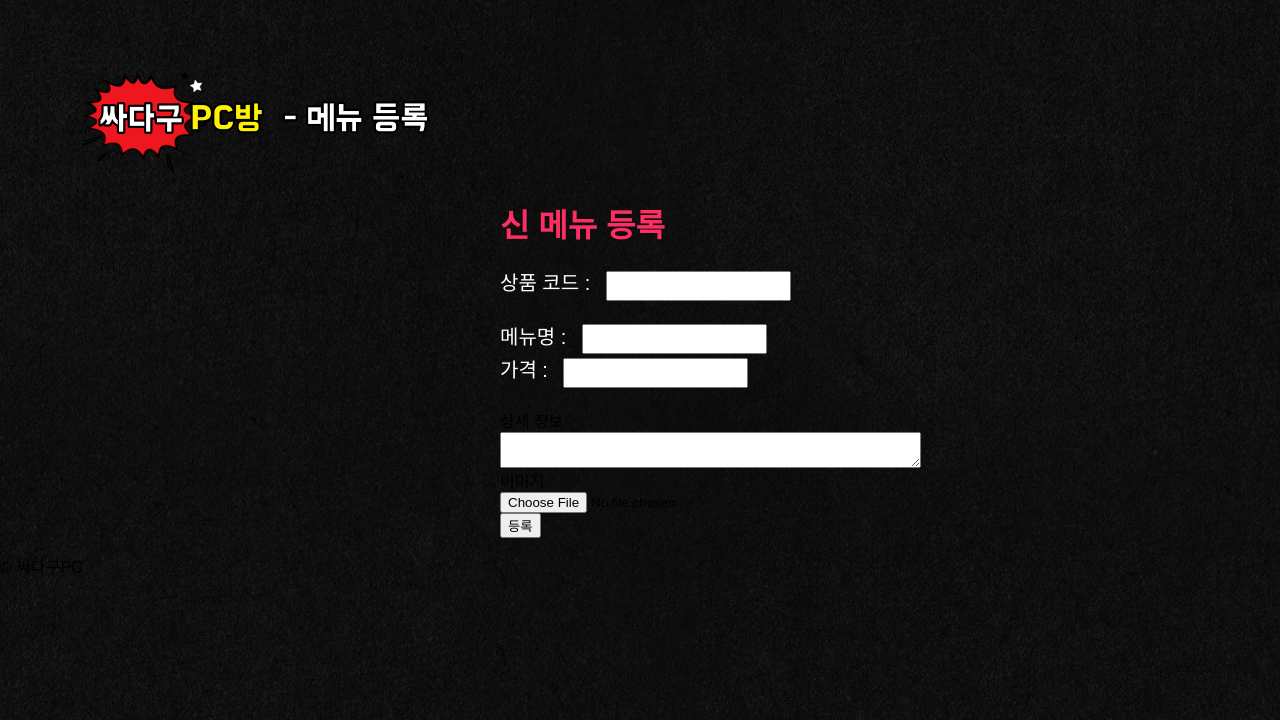
Repository: lkwoung/webProject-assignment
Page: http://localhost/CheapPC/addMenu.jsp
The author's editor kept a copy of each file at every save. The page is drawn from the files as they stood at one save, then again after the next save.
The browser window is 1280 px wide. The pictures show the whole page.
Some web fonts or font styles are not loaded; a fallback is used. The page is served by Tomcat 9. Other server files are loaded and not shown.

Above is the page before, as saved 2020-12-13 14:51:29.

### CheapPC/WebContent/addMenu.jsp
<%@ page contentType="text/html; charset=utf-8" %>
<html>

<head>
<link href="https://fonts.googleapis.com/earlyaccess/hanna.css" rel="stylesheet" type="text/css" />
<link rel="stylesheet" href="css/addMenu.css">
<title>메뉴 추가</title>
</head>
<body>
<div style="margin-top:200px; margin-left:500px;" >
<h1 style="color:#FE2E64;">신 메뉴 등록 </h1>
	<form name = "newProduct" action="./processAddBook.jsp" method = "post">
	<div style="color:#fff; font-size:20px;">
		<label >상품 코드  :</label>
			<input type="text" style="margin-left:10px; height:30px; margin-bottom:20px"name="FoodId" class="form-control">
	</div>
<div style="color:#fff; font-size:20px;">
		<label >메뉴명  :</label>
			<input type="text" style="margin-left:10px; height:30px;"name="name" class="form-control">
	</div>

	<div style="color:#fff; font-size:20px;">
		<label >가격 : </label>

			<input type="text" style="margin-left:10px; height:30px; margin-bottom:20px"name="price" class="form-control">

	</div>

	<div class="form-group row">
		<label class="col-sm-2">상세 정보</label>
		<div class = "col-sm-5">
			<textarea name = "description" cols="50" rows="2"
			class="form-control"></textarea>
		</div>
	</div>

	<div class="form-group row">
		<label class="col-sm-2">이미지</label>
		<div class = "col-sm-5">
			<input type = "file" name = "productImage" class="form-control">
		</div>
	</div>


	<div class="form-group row">
		<div class = "col-sm-offset-2 col-sm-10">
			<input type="submit" name="btn btn-primary" value="등록">
		</div>
	</div>


	</form>
</div>



<footer class="container">
<p>&copy; 싸다구PC</p>
</footer>
</body>

</html>

### CheapPC/WebContent/css/addMenu.css
body
{
	background: url(image/menu.png) no-repeat center center fixed;
	-webkit-background-size: cover;
	-moz-background-size: cover;
	-o-background-size: cover;
	background-size: cover;
    margin: 0;
    font-size: 16px;
    font-family:'Hanna', sans-serif;
    -webkit-font-smoothing: antialiased;
}

After the next save:
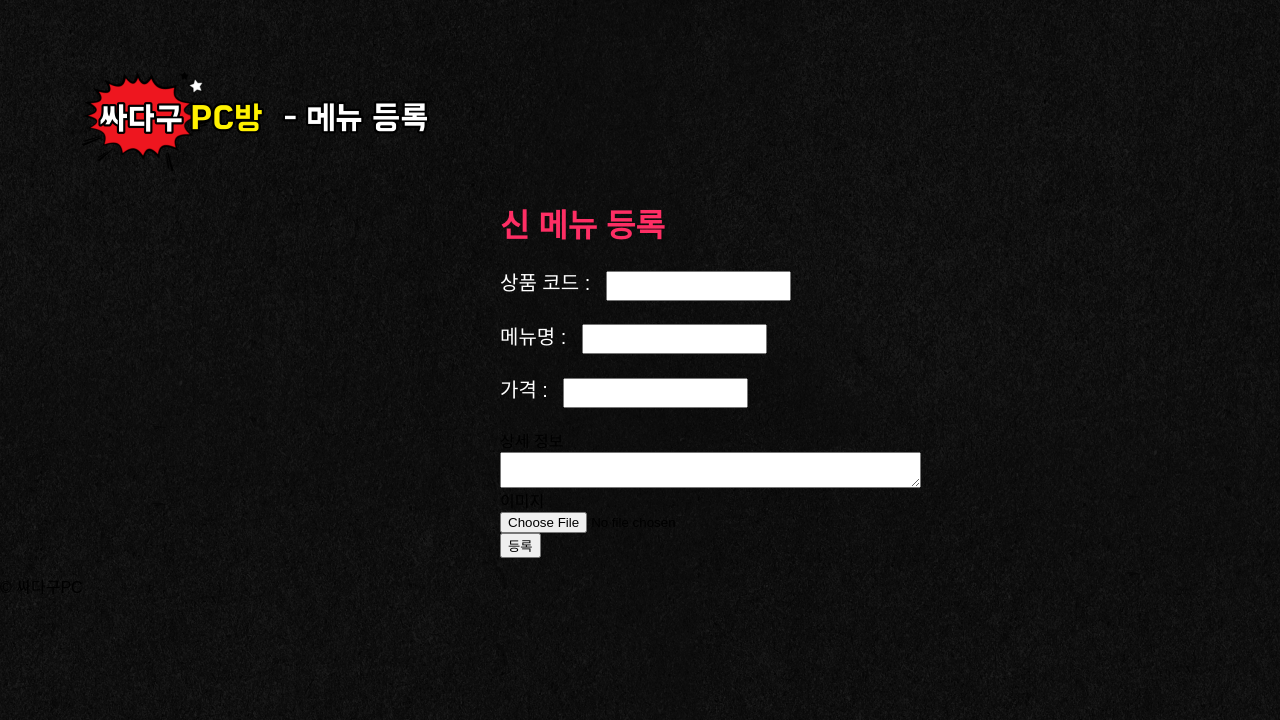
Saved 25 s later.
--- a/CheapPC/WebContent/addMenu.jsp
+++ b/CheapPC/WebContent/addMenu.jsp
@@ -12,17 +12,17 @@
 	<form name = "newProduct" action="./processAddBook.jsp" method = "post">
 	<div style="color:#fff; font-size:20px;">
 		<label >상품 코드  :</label>
-			<input type="text" style="margin-left:10px; height:30px; margin-bottom:20px"name="FoodId" class="form-control">
+			<input type="text" style="margin-left:10px; height:30px; margin-bottom:20px;"name="FoodId" class="form-control">
 	</div>
 <div style="color:#fff; font-size:20px;">
 		<label >메뉴명  :</label>
-			<input type="text" style="margin-left:10px; height:30px;"name="name" class="form-control">
+			<input type="text" style="margin-left:10px; height:30px;margin-bottom:20px;"name="name" class="form-control">
 	</div>
 
 	<div style="color:#fff; font-size:20px;">
 		<label >가격 : </label>
 
-			<input type="text" style="margin-left:10px; height:30px; margin-bottom:20px"name="price" class="form-control">
+			<input type="text" style="margin-left:10px; height:30px; margin-bottom:20px;"name="price" class="form-control">
 
 	</div>
 
